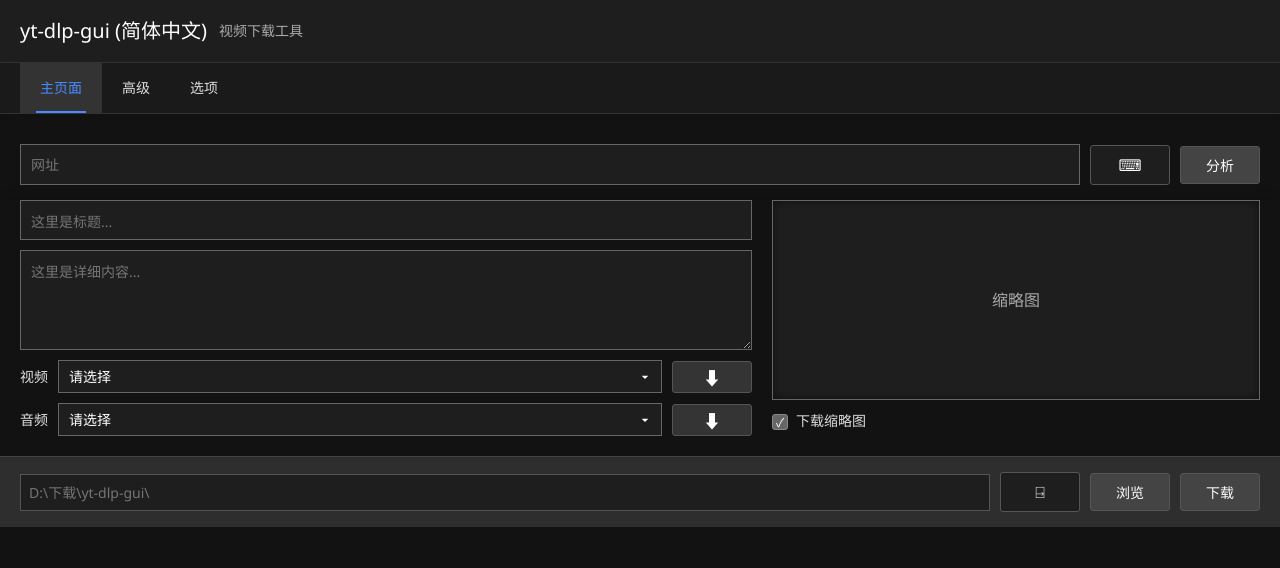
Repository: zArvin6808/yt-TubeSaver
Page: index.html
An editor plug-in stored every save of this project. The page is shown before and after the next save, followed by the edit.
The browser window is 1280 px wide. The pictures show the whole page.

Above is the page before, as saved 2025-06-07 16:11:10.

After the next save:
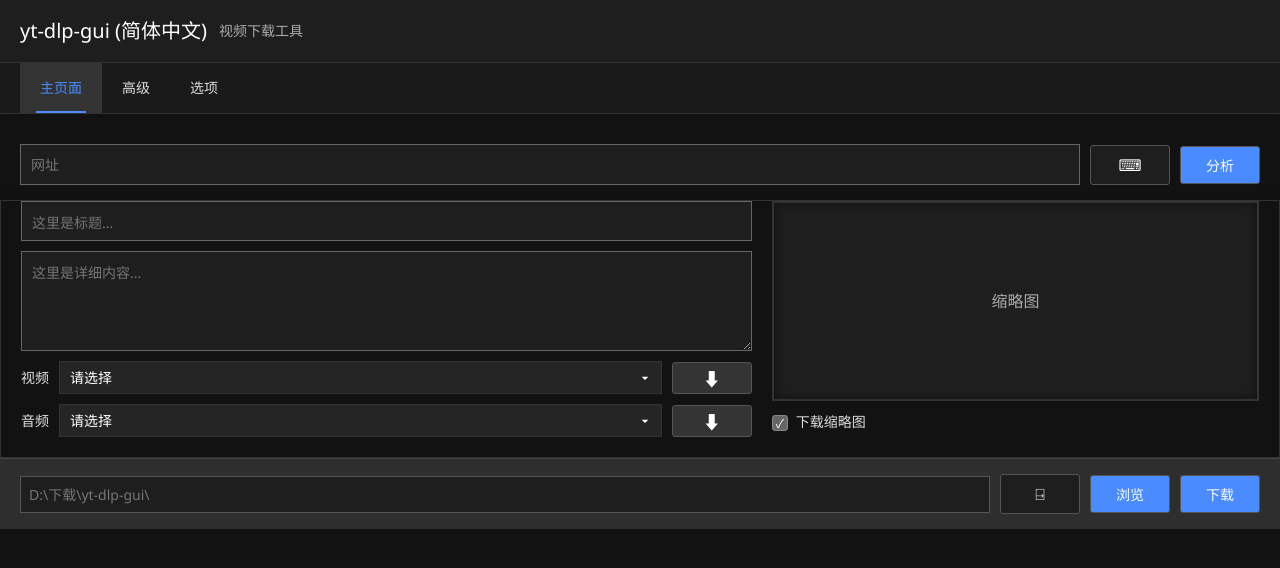
Saved 113 s later.
--- a/style.css
+++ b/style.css
@@ -630,6 +630,56 @@
     }
 
     /* 新增样式改进 */
+
+    /* 主内容区域增强 */
+    .main {
+      border: 1px solid #333;
+      box-shadow: 0 4px 20px rgba(0,0,0,0.25);
+      transition: all 0.3s ease;
+    }
+
+    /* 输入框和选择框优化 */
+    input, textarea, select {
+      background-color: #252525;
+      border: 1px solid #333;
+      transition: all 0.3s ease;
+    }
+
+    input:focus, textarea:focus, select:focus {
+      border-color: #4a8cff;
+      box-shadow: 0 0 0 2px rgba(74, 140, 255, 0.2);
+    }
+
+    /* 按钮增强 */
+    button {
+      background-color: #4a8cff;
+      transition: all 0.2s ease;
+      position: relative;
+      overflow: hidden;
+    }
+
+    button:hover {
+      background-color: #3a7cdf;
+      transform: translateY(-1px);
+    }
+
+    button:active {
+      transform: translateY(0);
+      background-color: #2a6ccf;
+    }
+
+    /* 缩略图区域 */
+    .thumbnail {
+      border: 2px solid #333;
+      background-size: cover;
+      background-position: center;
+      transition: all 0.3s ease;
+    }
+
+    .thumbnail:hover {
+      border-color: #4a8cff;
+      box-shadow: 0 4px 12px rgba(0,0,0,0.3);
+    }
 
     /* 加载动画增强 */
     .spinner {
